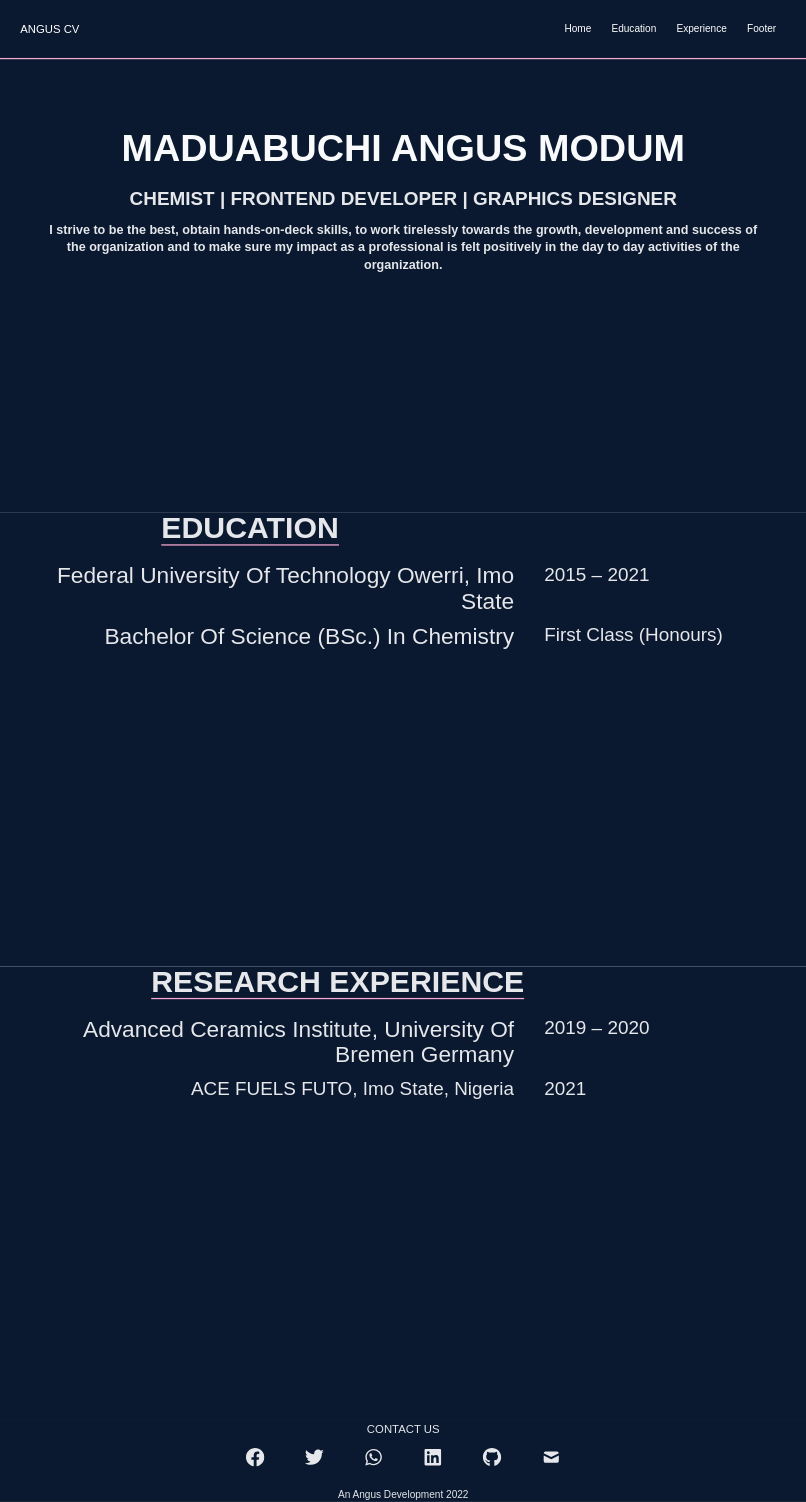
Repository: AngusOnyebuchi/AngusOnyebuchi.github.io
Page: /
The author's editor kept a copy of each file at every save. The page is drawn from the files as they stood at one save, then again after the next save.
The browser window is 1280 px wide. The pictures show the whole page, at 63% of full size.
The project was rebuilt for these pictures with package versions that can differ from the ones it lists, and the page was loaded fresh each time.

Above is the page before, as saved 2022-04-17 20:49:51.

### public/index.html
<!DOCTYPE html>
<html lang="en">
  <head>
    <meta charset="utf-8" />
    <link rel="icon" href="%PUBLIC_URL%/favicon.ico" />
    <meta name="viewport" content="width=device-width, initial-scale=1" />
    <meta name="theme-color" content="#000000" />
    <meta
      name="description"
      content="Web site created using create-react-app"
    />
    <link rel="apple-touch-icon" href="%PUBLIC_URL%/logo192.png" />
    <!--
      manifest.json provides metadata used when your web app is installed on a
      user's mobile device or desktop. See https://developers.google.com/web/fundamentals/web-app-manifest/
    -->
    <link rel="manifest" href="%PUBLIC_URL%/manifest.json" />
    <!--
      Notice the use of %PUBLIC_URL% in the tags above.
      It will be replaced with the URL of the `public` folder during the build.
      Only files inside the `public` folder can be referenced from the HTML.

      Unlike "/favicon.ico" or "favicon.ico", "%PUBLIC_URL%/favicon.ico" will
      work correctly both with client-side routing and a non-root public URL.
      Learn how to configure a non-root public URL by running `npm run build`.
    -->
    <title>Angus CV </title>
  </head>
  <body>
    <noscript>You need to enable JavaScript to run this app.</noscript>
    <div id="root"></div>
    <!--
      This HTML file is a template.
      If you open it directly in the browser, you will see an empty page.

      You can add webfonts, meta tags, or analytics to this file.
      The build step will place the bundled scripts into the <body> tag.

      To begin the development, run `npm start` or `yarn start`.
      To create a production bundle, use `npm run build` or `yarn build`.
    -->
  </body>
</html>

### src/index.js
import React from "react";
import ReactDOM from "react-dom";
import "./style.css"
import App from "./App";

ReactDOM.render(<App/>, document.getElementById("root"))

### src/style.css
@tailwind base;
@tailwind components;
@tailwind utilities;

@layer base {
    body{
        @apply font-[Sans-serif];
    }
    li {
        @apply px-4;
        @apply cursor-pointer;
    }
}

### src/App.js
import React from "react";
import Home from "./components/Home"
import Education from "./components/Education";
import Experience from "./components/Experience";
import NavBar from "./components/NavBar";
import Contact from "./components/Contact";


export default function App() {
  return (
    <div>
      <NavBar/>
      <Home/>
      <Education/>
      <Experience/>
      <Contact/>
    </div>
  )
}

### src/components/Home.js
import React from "react";
import {FaWhatsapp, FaLocationArrow, FaSearchLocation} from "react-icons/fa"
import {HiOutlineMail} from "react-icons/hi"

export default function Home() {
    return (
        <div className="w-full h-screen p-4 bg-[#0a192f] text-gray-200">
            <h1 className="text-4xl md:text-6xl font-bold uppercase pt-24 text-center text-gray-50">Maduabuchi Angus Modum</h1>
            <h3 className="text-xl md:text-3xl font-bold uppercase pt-8 text-center">Chemist  |  Frontend Developer  |  Graphics Designer</h3>
            <p className="font-bold text-center justify-center text-lg md:text-xl max-w-[1200px] mx-12 mt-4">I strive to be the best, obtain hands-on-deck skills,
                to work tirelessly towards the growth, development and success of the organization and to make sure my impact
                as a professional is felt positively in the day to day activities of the organization.</p>

        </div>
    )
}

### src/components/Education.js
import React from "react";

export default function Education() {
    return(
        <div className="bg-[#0a192f] w-full h-screen text-gray-200">
            <h1 className="text-3xl md:text-5xl font-bold uppercase pt-24 text-center text-gray-200 inline border-b-2 border-pink-300 ml-24 sm:ml-64">Education</h1>
            <div className="grid grid-cols-3 gap-12 mx-16 pt-8 ">
                <h3 className="capitalize text-xl md:text-4xl text-right col-span-2">Federal university of technology owerri, Imo state</h3>
                <h4 className="text-lg md:text-3xl ">2015 – 2021</h4>
            </div>
            <div className="grid grid-cols-3 gap-12 mx-16 pt-4">
                <h3 className="capitalize text-xl md:text-4xl text-right col-span-2">Bachelor of Science (BSc.) in Chemistry</h3>
                <h4 className="text-lg md:text-3xl ">First Class (Honours)</h4>
            </div>
        </div>
    )
}

### src/components/Experience.js
import React from "react";

export default function Experience() {
    return(
        <div className="bg-[#0a192f] w-full h-screen text-gray-200">
            <h1 className="text-3xl md:text-5xl font-bold uppercase pt-24 text-center text-gray-200 inline border-b-2 border-pink-300 ml-12 sm:ml-60">research experience</h1>
            <div className="grid grid-cols-3 gap-12 mx-16 pt-8 ">
                <h3 className="capitalize text-xl md:text-4xl text-right col-span-2">Advanced Ceramics Institute, University of Bremen Germany</h3>
                <h4 className="text-lg md:text-3xl ">2019 – 2020</h4>
            </div>
            <div className="grid grid-cols-3 gap-12 mx-16 pt-4">
                <h3 className="capitalize text-xl md:text-3xl text-right col-span-2">ACE FUELS FUTO, Imo state, Nigeria</h3>
                <h4 className="text-lg md:text-3xl ">2021</h4>
            </div>
        </div>
    )
}

### src/components/NavBar.js
import React, {useState} from "react";
import {FaTimes, FaBars} from "react-icons/fa"

export default function NavBar() {

    const [nav, setNav] = useState(true)
    const toggle = () => setNav(!nav)

    return(
        <div className="bg-[#0a192f] text-white w-full p-8 flex justify-between items-center border-b-2 border-pink-300">
            <h1 className="uppercase text-lg">Angus CV</h1>

            <ul className=" hidden sm:flex justify-between">
                <li className="hover:border-b-2 border-pink-300 ">Home</li>
                <li className="hover:border-b-2 border-pink-300 ">Education</li>
                <li className="hover:border-b-2 border-pink-300 ">Experience</li>
                <li className="hover:border-b-2 border-pink-300 ">Footer</li>
            </ul>

            {/** Mobile list */}
            <div onClick={toggle} className="sm:hidden z-10">
                {nav ? <FaBars/> : <FaTimes/>}
            </div>
            <ul className={nav ? 'hidden' : 'absolute top-0 left-0 w-full h-screen bg-inherit flex flex-col justify-center items-center my-8 sm:hidden'}>
                    <li>Home</li>
                    <li>Education</li>
                    <li>Experience</li>
                    <li>Footer</li>
            </ul>
        </div>
    )
}

### src/components/Contact.js
import React from "react";
import {FaWhatsapp, FaLinkedin, FaTwitter, FaFacebook, FaGithub} from "react-icons/fa"
import {HiMail} from "react-icons/hi"

export default function Contact() {
    return(
        <div className="bg-[#0a192f] w-full text-gray-200">

            <h3 className="uppercase text-center text-lg mb-4">Contact us</h3>
            <div className="flex justify-center gap-8 sm:gap-16">
                <FaFacebook size={30}/>
                <FaTwitter size={30}/>
                <FaWhatsapp size={30}/>
                <FaLinkedin size={30}/>
                <FaGithub size={30}/>
                <HiMail size={30}/>
            </div>
            <p className="text-center mt-8">An Angus Development 2022</p>
        </div>
    )
}

Loaded but not shown: tailwind.config.js (common file)

After the next save:
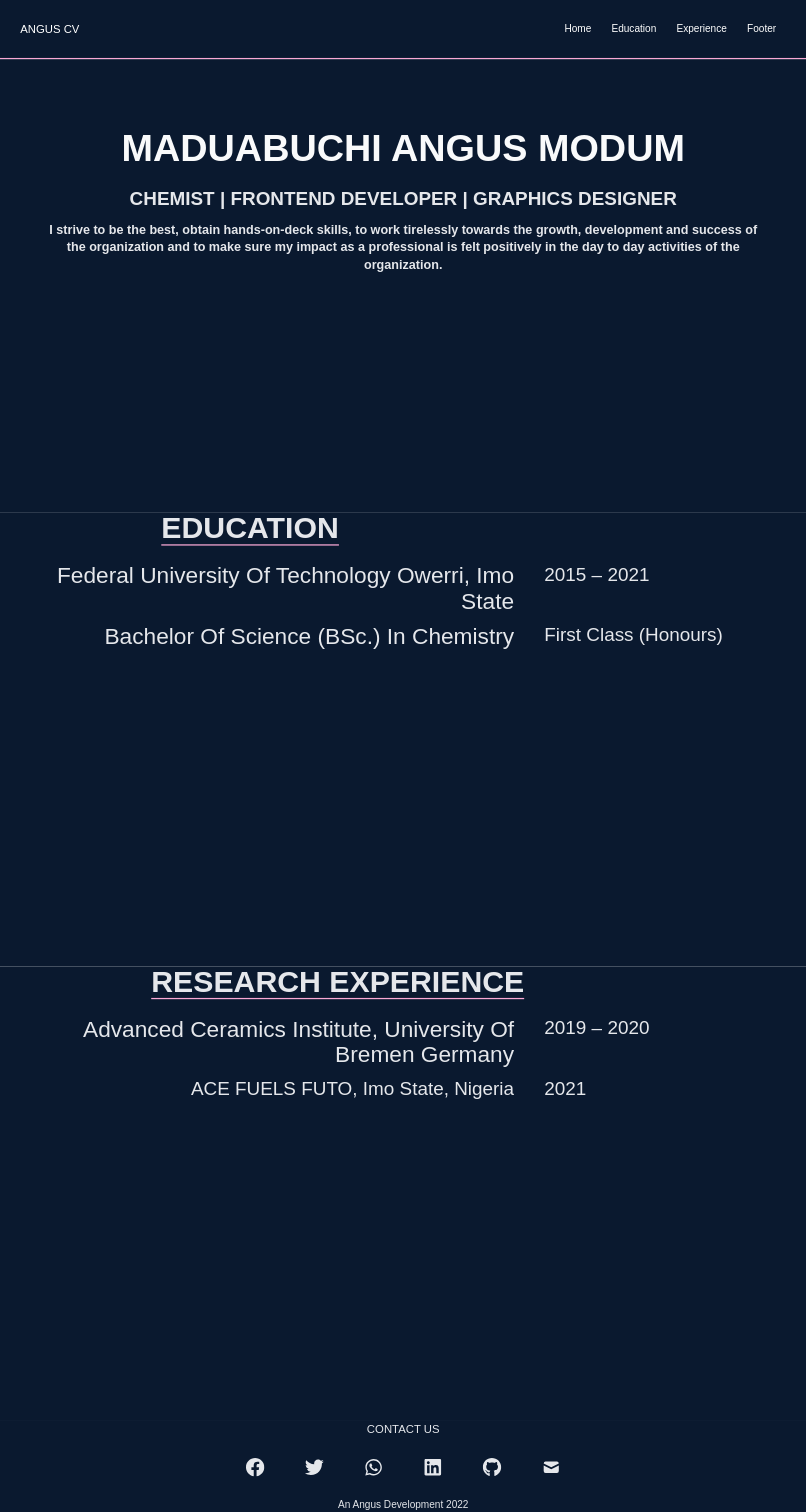
Saved 30 s later.
--- a/src/components/Contact.js
+++ b/src/components/Contact.js
@@ -6,7 +6,7 @@ export default function Contact() {
     return(
         <div className="bg-[#0a192f] w-full text-gray-200">
 
-            <h3 className="uppercase text-center text-lg mb-4">Contact us</h3>
+            <h3 className="uppercase text-center text-lg mb-8">Contact us</h3>
             <div className="flex justify-center gap-8 sm:gap-16">
                 <FaFacebook size={30}/>
                 <FaTwitter size={30}/>
